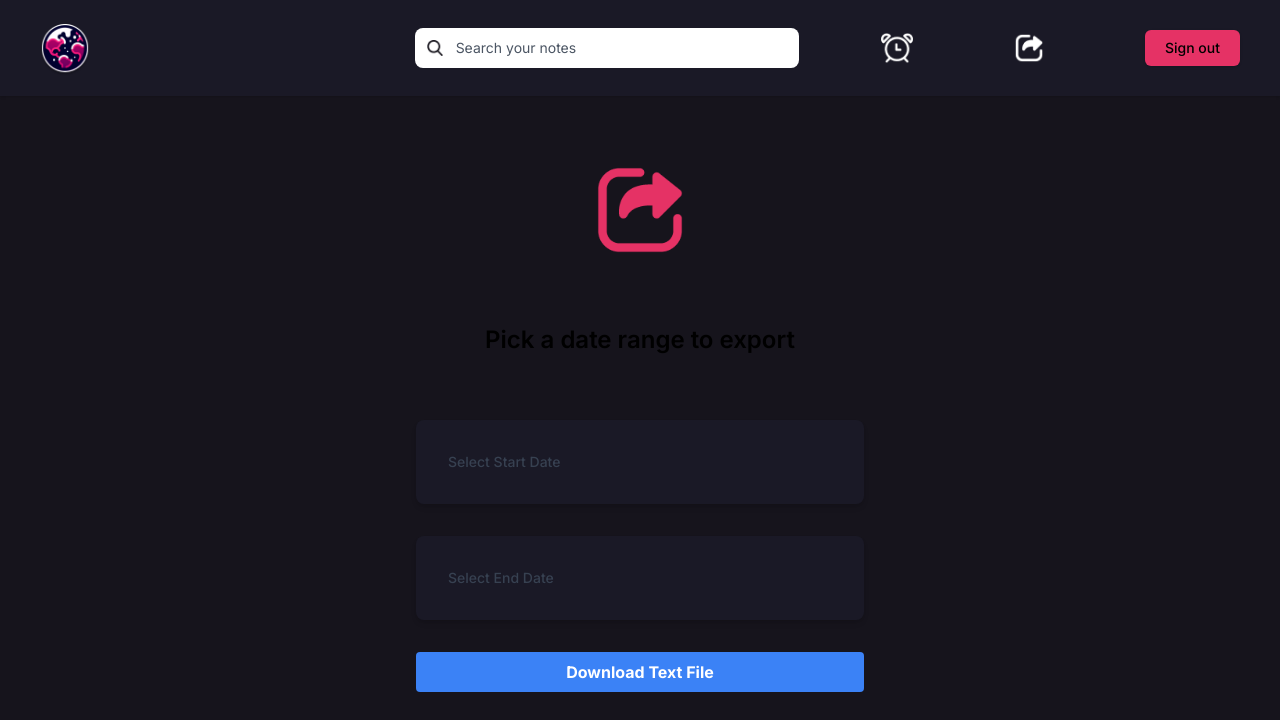
Repository: plan-it-earth/plan-it-earth
Page: /pages/exportorshare/export
These files come from the project's save history. The page is drawn as it stood at one moment and after a run of saves; the edit follows.
The browser window is 1280 px wide. The pictures show the whole page.
The project was rebuilt for these pictures with package versions that can differ from the ones it lists, and the page was loaded fresh each time. The framework's server and built-in components were replaced by stand-ins that run in the browser. Also part of the build but not shown: next.config.mjs.

Above is the page before, as saved 2024-04-18 18:45:23.

### app/layout.tsx
import type { Metadata } from "next";
import { Inter } from "next/font/google";
import "./globals.css";

import { AuthProvider } from "./lib/firebase/AuthProvider";

const inter = Inter({ subsets: ["latin"] });

export const metadata: Metadata = {
  title: "Plan-It-Earth",
  description: "Plan-It-Earth is a calendar application for professors and students",
};

export default function RootLayout({
  children,
}: Readonly<{
  children: React.ReactNode;
}>) {
  return (
    <html lang="en" className="bg-[#16141C]">
      <AuthProvider>
        <body className={inter.className}>{children}</body>
      </AuthProvider>
    </html>
  );
}

### app/pages/exportorshare/export/page.jsx
'use client';
import React, { useState, useRef } from 'react';
import FullCalendar from '@fullcalendar/react';
import dayGridPlugin from '@fullcalendar/daygrid';
import Header from '../../../Components/Header';
import Image from 'next/image';
import Exportorshareicon from '../../../Images/exportorshareicon.png';
import timeGridPlugin from '@fullcalendar/timegrid';
import interactionPlugin from '@fullcalendar/interaction';
import iCalendarPlugin from '@fullcalendar/icalendar';
import UserContext from '../../../lib/firebase/UserContext';
import { FaPlus } from 'react-icons/fa';

export default function Home() {
  const calendarRef1 = useRef(null);
  const calendarRef2 = useRef(null);
  const [isCalendarOpen1, setIsCalendarOpen1] = useState(false);
  const [isCalendarOpen2, setIsCalendarOpen2] = useState(false);
  const [selectedDate1, setSelectedDate1] = useState(null);
  const [selectedDate2, setSelectedDate2] = useState(null);

  const handleDateClick1 = (date) => {
    setSelectedDate1(date);
    setIsCalendarOpen1(false); // Close the calendar dropdown after selecting a date
  };

  const handleDateClick2 = (date) => {
    setSelectedDate2(date);
    setIsCalendarOpen2(false); // Close the calendar dropdown after selecting a date
  };



  // Function to handle PDF download
  const handleDownloadPDF = () => {
    // Implement PDF download logic here
    // You can use selectedDate1 and selectedDate2 to generate the PDF between the selected dates
    // For demonstration purpose, let's just console log a message
    console.log('Downloading PDF for the date range:', selectedDate1, 'to', selectedDate2);
  };

  return (
    <div className="bg-[#16141C] min-h-screen">
      <Header />
      <Image src={Exportorshareicon} alt="export share logo" height={100} width={100} className="mx-auto mb-6 mt-16" />
      <h2 className="flex flex-col items-center justify-center text-2xl font-semibold mb-6 mt-16">Pick a date range to export</h2>
      <div className="max-w-md mx-auto mt-16">
        {/* First Dropdown and Calendar */}
        <div className="mb-8 bg-[#1A1926] rounded-lg shadow-md">
          <div className="p-8">
            <button
              onClick={() => setIsCalendarOpen1(!isCalendarOpen1)}
              className="block text-sm font-medium text-gray-700 cursor-pointer"
            >
              {selectedDate1 ? selectedDate1.toISOString().split('T')[0] : 'Select Start Date'}
            </button>
            {selectedDate1 && (
              <p className="mt-4 text-gray-400">Selected Date: {selectedDate1.toLocaleDateString()}</p>
            )}
          </div>
          {isCalendarOpen1 && (
            <div className="bg-black border rounded-lg shadow-md">
             <FullCalendar
                ref={calendarRef1}
                plugins={[dayGridPlugin, timeGridPlugin, interactionPlugin, iCalendarPlugin]}
                initialView="dayGridMonth"
                editable={true}
                selectable={true}
                selectMirror={true}
                dayMaxEvents={true}
                weekends={true}
                dateClick={(dateInfo) => handleDateClick1(dateInfo.date)}
            />
            </div>
          )}
        </div>

        {/* Second Dropdown and Calendar */}
        <div className="mb-8 bg-[#1A1926] rounded-lg shadow-md">
          <div className="p-8">
            <button
              onClick={() => setIsCalendarOpen2(!isCalendarOpen2)}
              className="block text-sm font-medium text-gray-700 cursor-pointer"
            >
              {selectedDate2 ? selectedDate2.toISOString().split('T')[0] : 'Select End Date'}
            </button>
            {selectedDate2 && (
              <p className="mt-4 text-gray-400">Selected Date: {selectedDate2.toLocaleDateString()}</p>
            )}
          </div>
          {isCalendarOpen2 && (
            <div className="bg-black border rounded-lg shadow-md">
             <FullCalendar
            ref={calendarRef2}
            plugins={[dayGridPlugin, timeGridPlugin, interactionPlugin, iCalendarPlugin]}
            initialView="dayGridMonth"
            editable={true}
            selectable={true}
            selectMirror={true}
            dayMaxEvents={true}
            weekends={true}
            dateClick={(dateInfo) => handleDateClick2(dateInfo.date)}
            />
            </div>
          )}
        </div>

        {/* Download PDF Button */}
        <div className="flex text-center">
          <button onClick={handleDownloadPDF} className="bg-blue-500 hover:bg-blue-700 text-white font-bold py-2 px-4 w-full rounded">
            Download Text File
          </button>
        </div>
      </div>
    </div>
  );
}

### app/globals.css
@tailwind base;
@tailwind components;
@tailwind utilities;

:root {
  --foreground-rgb: 0, 0, 0;
  --background-start-rgb: 214, 219, 220;
  --background-end-rgb: 255, 255, 255;
}

@media (prefers-color-scheme: dark) {
  :root {
    --foreground-rgb: 255, 255, 255;
    --background-start-rgb: 0, 0, 0;
    --background-end-rgb: 0, 0, 0;
  }
}

body {
  color: rgb(var(--foreground-rgb));
  background: linear-gradient(
      to bottom,
      transparent,
      rgb(var(--background-end-rgb))
    )
    rgb(var(--background-start-rgb));
}

@layer utilities {
  .text-balance {
    text-wrap: balance;
  }
}

.buttonexportpage:hover {
  background-color: #E53265;
}

### app/lib/firebase/AuthProvider.tsx
'use client'

import React, { useState, useEffect } from 'react';
import { onAuthStateChanged, User as firebaseUser } from 'firebase/auth';
import { auth, db } from '../../../firebaseConfig';
import { doc, onSnapshot } from 'firebase/firestore';
import UserContext from './UserContext';
import { CalendarProvider } from '../Context/CalendarProvider';

export interface UserData {
    email: string;
    uid: string;
    events: "";
}

export interface AuthState {
    userData: UserData | null;
}

interface AuthProviderProps {
    children: React.ReactNode;
}

export const AuthProvider = ({ children }: AuthProviderProps) => {
    const [userData, setUserData] = useState<AuthState>({ userData: null});

    useEffect(() => {
        const unsubscribe = onAuthStateChanged(auth, async (user: firebaseUser | null) => {
            try {
                // If user is logged in, get user data from firestore
                if (user) {
                    const uid = user.uid;
                    const userRef = doc(db, 'users', uid);
                    const unsubscribeUser = onSnapshot(userRef, (doc) => {
                        const userData = doc.exists() ? {...doc.data(), uid} as UserData : null;
                        setUserData({ userData });
                    });
                    return () => unsubscribeUser();
                } else {
                    setUserData({ userData: null });
                    return () => {};
                }
            } catch (error) {
                console.log("Error getting user data: ", error);
            }
        });
        return () => unsubscribe();
    }, []);
    return (
        <UserContext.Provider value={userData}>
            <CalendarProvider>
                {children}
            </CalendarProvider>
        </UserContext.Provider>
    )
}

### app/Components/Header.tsx
'use client';
import React, { useState, useEffect } from 'react';
import ReactDOM from 'react-dom';
import Image from 'next/image';
import { useRouter } from 'next/navigation';

import Search from './Search';

import logo from '../Images/headerlogo.png';
import alarm from '../Images/headeralarm.png';
import share from '../Images/headershare.png';

import { getAuth, signOut } from "firebase/auth";

function logOut() {
    const auth = getAuth();
    signOut(auth).then(() => {
        console.log("User signed out");
    }).catch((error) => {
        console.log("Error signing out: ", error);
    });

    console.log("Sign out clicked");
    location.href = "/";
}

export default function Header() {
    const router = useRouter();

    const routeToAlarm = () => {
        router.push('/pages/alarm')
    }

    const routeToExportOrShare = () => {
        router.push('/pages/exportorshare')
    }

    const routeToCalendar = () => {
        router.push('/pages/calendar')
    }

    return (
        <div className="flex h-24 w-full px-2 py-5 bg-[#1A1926] shadow justify-between md:px-10">
            <Image onClick={routeToCalendar} src={logo} alt="Plan-It-Earth" height={50} width={50} className="h-30 w-30 mt-1 cursor-pointer hover:opacity-85 md:h-35 md:h-35"/>
            <div className="hidden w-24 lg:block"></div>
            <Search />
            <div className="flex flex-row h-full items-center space-x-5 md:gap-20">
                <Image onClick={routeToAlarm} src={alarm} alt="Alarm" height={35} width={35} className="h-8 w-8 cursor-pointer hover:opacity-85"/>
                <Image onClick={routeToExportOrShare} src={share} alt="Share" height={35} width={35} className="h-8 w-8 cursor-pointer hover:opacity-85"/>
                <button onClick={() => logOut()} className="px-3 py-2 rounded-md text-xs font-medium bg-[#E53265] outline-none border-none shadow hover:brightness-110 md:px-5 md:py-2 md:text-sm">Sign out</button>
            </div>
        </div>
    )
}

### app/lib/firebase/UserContext.tsx
import { createContext } from "react";
import { AuthState } from './AuthProvider';

const UserContext = createContext<AuthState>({ userData: null });

export default UserContext;

### firebaseConfig.ts
// Import firebase modules
import 'firebase/firestore';
import 'firebase/auth';
import 'firebase/storage';
// Import the functions you need from the SDKs you need
import { initializeApp } from "firebase/app";
import { getFirestore } from 'firebase/firestore';
import { getAuth } from 'firebase/auth';
import { getStorage } from 'firebase/storage';
// TODO: Add SDKs for Firebase products that you want to use
// https://firebase.google.com/docs/web/setup#available-libraries

// Your web app's Firebase configuration
// For Firebase JS SDK v7.20.0 and later, measurementId is optional
const firebaseConfig = {
  apiKey: "AIzaSyBZBzlYp8KR-bJDEJVVbYroSMxS-GXYmR8",
  authDomain: "plan-it-earth-94b85.firebaseapp.com",
  projectId: "plan-it-earth-94b85",
  storageBucket: "plan-it-earth-94b85.appspot.com",
  messagingSenderId: "97255809349",
  appId: "1:97255809349:web:8b9f6ed7ba990714221e2c",
  measurementId: "G-WXFLGQPQ1S"
};

// Initialize Firebase
const app = initializeApp(firebaseConfig);
export const db = getFirestore(app);
export const auth = getAuth(app);
export const storage = getStorage(app);

### app/lib/Context/CalendarProvider.tsx
import React, { createContext, useContext, useState, ReactNode, RefObject } from 'react';

interface CalendarProviderProps {
    children: ReactNode;
}

interface CalendarContextType {
    calendarApi: any;
    setCalendarApi: (api: any) => void;
}

const CalendarContext = createContext<CalendarContextType | null>(null);

export const CalendarProvider: React.FC<CalendarProviderProps> = ({ children }) => {
    const [calendarApi, setCalendarApi] = useState<any>(null);

    return (
        <CalendarContext.Provider value={{ calendarApi, setCalendarApi }}>
            {children}
        </CalendarContext.Provider>
    );
};

export const useCalendarApi = () => {
    const context = useContext(CalendarContext);
    if (context === null) {
        throw new Error('useCalendarRef must be used within a CalendarProvider');
    }
    return context;
};

### app/Components/Search.tsx
'use client';
import React, { useState } from 'react';
import Image from 'next/image';
import { useRouter} from 'next/navigation';

import search from '../Images/search.png';

export default function Search() {
    const [searchInput, setSearchInput] = useState('');
    const router = useRouter();

    const handleSubmit = (event:any) => {
        event.preventDefault();
        router.push(`/pages/search?search=${encodeURIComponent(searchInput)}`);
    };

    const handleInputChange = (event:any) => {
        setSearchInput(event.target.value);
    };

    return (
        <form onSubmit={handleSubmit} className="flex flex-row h-10 w-fit items-center gap-2 self-center bg-[#fff] rounded-lg md:w-96 sm:w-80 md:gap-4 md:ml-16">
            <button type="submit" className="border-none bg-none">
                <Image src={search} alt='Search' height={18} width={18} className="h-4 w-4 ml-2 cursor-pointer md:ml-3"/>
            </button>
            <input onChange={handleInputChange} type='text' placeholder="Search your notes" className="w-full text-black placeholder-gray-600 text-xs outline-none border-none md:text-sm"/>
        </form>
    )
}

Loaded but not shown: tailwind.config.ts (common file); app/lib/exportEventArray.js (library)

After the next 2 saves:
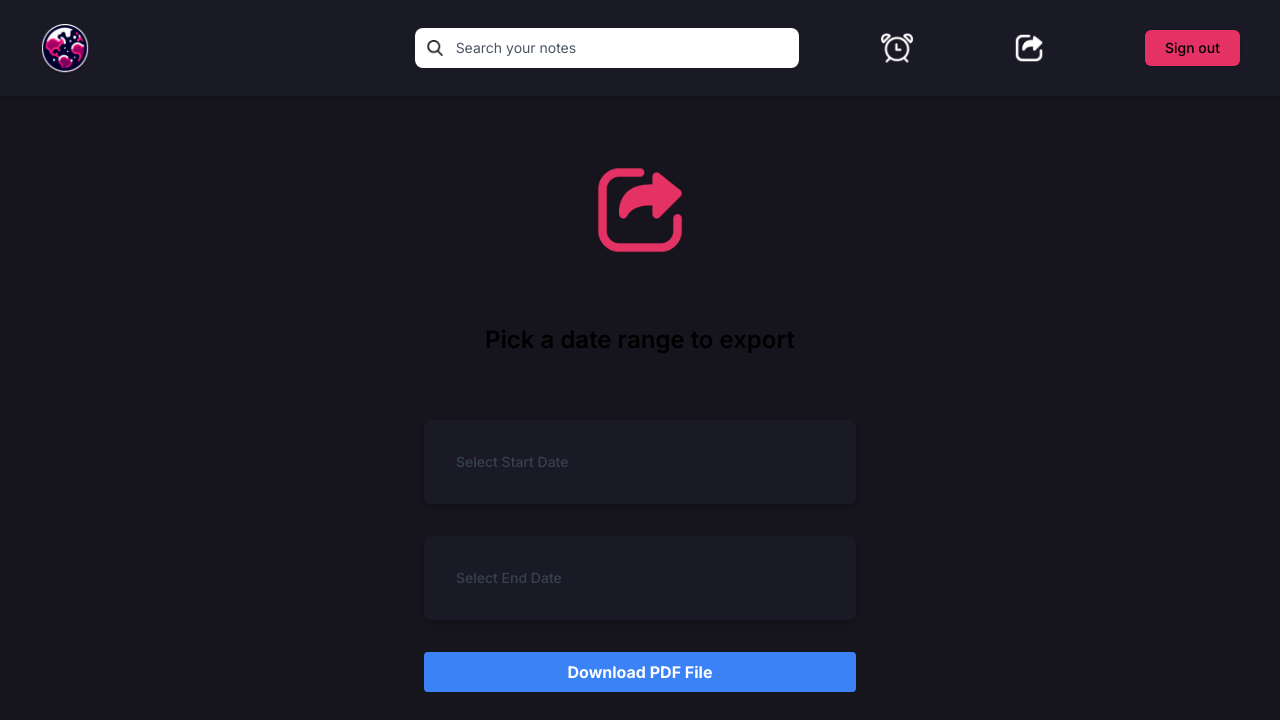
The 2 saves are shown as one change because they came seconds apart.
The last was saved 13 min 39 s later.
--- a/app/pages/exportorshare/export/page.jsx
+++ b/app/pages/exportorshare/export/page.jsx
@@ -9,7 +9,8 @@ import timeGridPlugin from '@fullcalendar/timegrid';
 import interactionPlugin from '@fullcalendar/interaction';
 import iCalendarPlugin from '@fullcalendar/icalendar';
 import UserContext from '../../../lib/firebase/UserContext';
-import { FaPlus } from 'react-icons/fa';
+import { useCalendarApi } from '../../../lib/Context/CalendarProvider';
+import { exportEventArray } from '../../../lib/exportEventArray';
 
 export default function Home() {
   const calendarRef1 = useRef(null);
@@ -18,6 +19,7 @@ export default function Home() {
   const [isCalendarOpen2, setIsCalendarOpen2] = useState(false);
   const [selectedDate1, setSelectedDate1] = useState(null);
   const [selectedDate2, setSelectedDate2] = useState(null);
+  const { calendarApi } = useCalendarApi();
 
   const handleDateClick1 = (date) => {
     setSelectedDate1(date);
@@ -37,6 +39,15 @@ export default function Home() {
     // You can use selectedDate1 and selectedDate2 to generate the PDF between the selected dates
     // For demonstration purpose, let's just console log a message
     console.log('Downloading PDF for the date range:', selectedDate1, 'to', selectedDate2);
+
+    const eventsArray = calendarApi.getEvents();
+
+    // Filter events between selectedDate1 and selectedDate2
+    const filteredEvents = eventsArray.filter((event) => {
+      return event.start >= selectedDate1 && event.start <= selectedDate2;
+    });
+
+    exportEventArray(filteredEvents);
   };
 
   return (
@@ -44,7 +55,7 @@ export default function Home() {
       <Header />
       <Image src={Exportorshareicon} alt="export share logo" height={100} width={100} className="mx-auto mb-6 mt-16" />
       <h2 className="flex flex-col items-center justify-center text-2xl font-semibold mb-6 mt-16">Pick a date range to export</h2>
-      <div className="max-w-md mx-auto mt-16">
+      <div className="max-w-md mx-auto mt-16 px-2">
         {/* First Dropdown and Calendar */}
         <div className="mb-8 bg-[#1A1926] rounded-lg shadow-md">
           <div className="p-8">
@@ -91,15 +102,15 @@ export default function Home() {
           {isCalendarOpen2 && (
             <div className="bg-black border rounded-lg shadow-md">
              <FullCalendar
-            ref={calendarRef2}
-            plugins={[dayGridPlugin, timeGridPlugin, interactionPlugin, iCalendarPlugin]}
-            initialView="dayGridMonth"
-            editable={true}
-            selectable={true}
-            selectMirror={true}
-            dayMaxEvents={true}
-            weekends={true}
-            dateClick={(dateInfo) => handleDateClick2(dateInfo.date)}
+              ref={calendarRef2}
+              plugins={[dayGridPlugin, timeGridPlugin, interactionPlugin, iCalendarPlugin]}
+              initialView="dayGridMonth"
+              editable={true}
+              selectable={true}
+              selectMirror={true}
+              dayMaxEvents={true}
+              weekends={true}
+              dateClick={(dateInfo) => handleDateClick2(dateInfo.date)}
             />
             </div>
           )}
@@ -108,7 +119,7 @@ export default function Home() {
         {/* Download PDF Button */}
         <div className="flex text-center">
           <button onClick={handleDownloadPDF} className="bg-blue-500 hover:bg-blue-700 text-white font-bold py-2 px-4 w-full rounded">
-            Download Text File
+            Download PDF File
           </button>
         </div>
       </div>
